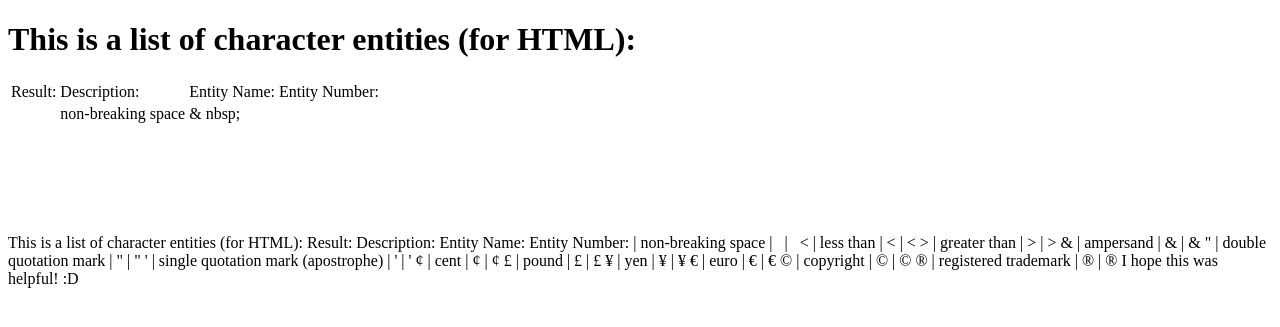
Repository: linas-dev/HTML-CSS-Projects
Page: Basic_HTML_and_CSS/Basic_HTML_5.html
These files come from the project's save history. The page is drawn as it stood at one moment and after the next save; the edit follows.
The browser window is 1280 px wide. The pictures show the whole page.

Above is the page before, as saved 2021-05-30 10:58:39.

### Basic_HTML_and_CSS/Basic_HTML_5.html
<!DOCTYPE html>
<html lang="en">
<head>
    <meta charset="UTF-8">
    <meta http-equiv="X-UA-Compatible" content="IE=edge">
    <meta name="viewport" content="width=device-width, initial-scale=1.0">
    <link rel="stylesheet" href="Basic_CSS_2.css">
    <title>Document</title>
</head>
<body>

    <h1>This is a list of character entities (for HTML):</h1>

    <table>
        <thead>
            <td>Result:</td>
            <td>Description: </td>
            <td>Entity Name:</td>
            <td>Entity Number:</td>
        </thead>
        <tbody>
            <tr>
                <td></td>
                <td>non-breaking space</td>
                <td>& nbsp;</td>
                <td>&#160;</td>
            </tr>
        </tbody>
    </table>




<br>

<br>
<br>
<br>
<br>
<br>

    This is a list of character entities (for HTML):

Result:    Description:                         Entity Name:    Entity Number:
         | non-breaking space                 | &nbsp;        | &#160;
  <      | less than                          | &lt;          | &#60;
  >      | greater than                       | &gt;          | &#62;
  &      | ampersand                          | &amp;         | &#38;
  "      | double quotation mark              | &quot;        | &#34;
  '      | single quotation mark (apostrophe) | &apos;        | &#39;
  ¢      | cent                               | &cent;        | &#162;
  £      | pound                              | &pound;       | &#163;
  ¥      | yen                                | &yen;         | &#165;
  €      | euro                               | &euro;        | &#8364;
  ©      | copyright                          | &copy;        | &#169;
  ®      | registered trademark               | &reg;         | &#174;

I hope this was helpful! :D
</body>
</html>

### Basic_HTML_and_CSS/Basic_CSS_2.css
p {
    color: #2E5757;
    background: #F0DFEE;
    font-weight: bolder;
    text-align: right;
}

.table {
    border-collapse: collapse;
    margin: 25px 0;
    font-size: 0.9em;
    min-width: 400px;
}

.table thead tr {
    background-color: #009879;
    color: #fff;
    text-align: left;
    font-weight: bold;
}

.table th, .table td {
    padding: 7px 5px;
}

.table tbody tr {
    border-bottom: 1px solid #dddddd;
}

.hoveref:hover {
    background-color: #4F0444;
    color: white;
}

After the next save:
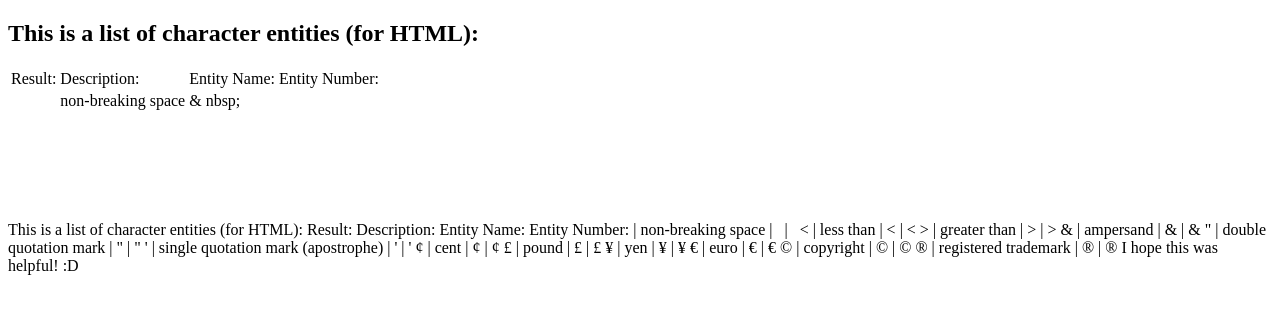
Saved 29 s later.
--- a/Basic_HTML_and_CSS/Basic_HTML_5.html
+++ b/Basic_HTML_and_CSS/Basic_HTML_5.html
@@ -9,7 +9,7 @@
 </head>
 <body>
 
-    <h1>This is a list of character entities (for HTML):</h1>
+    <h2>This is a list of character entities (for HTML):</h2>
 
     <table>
         <thead>
